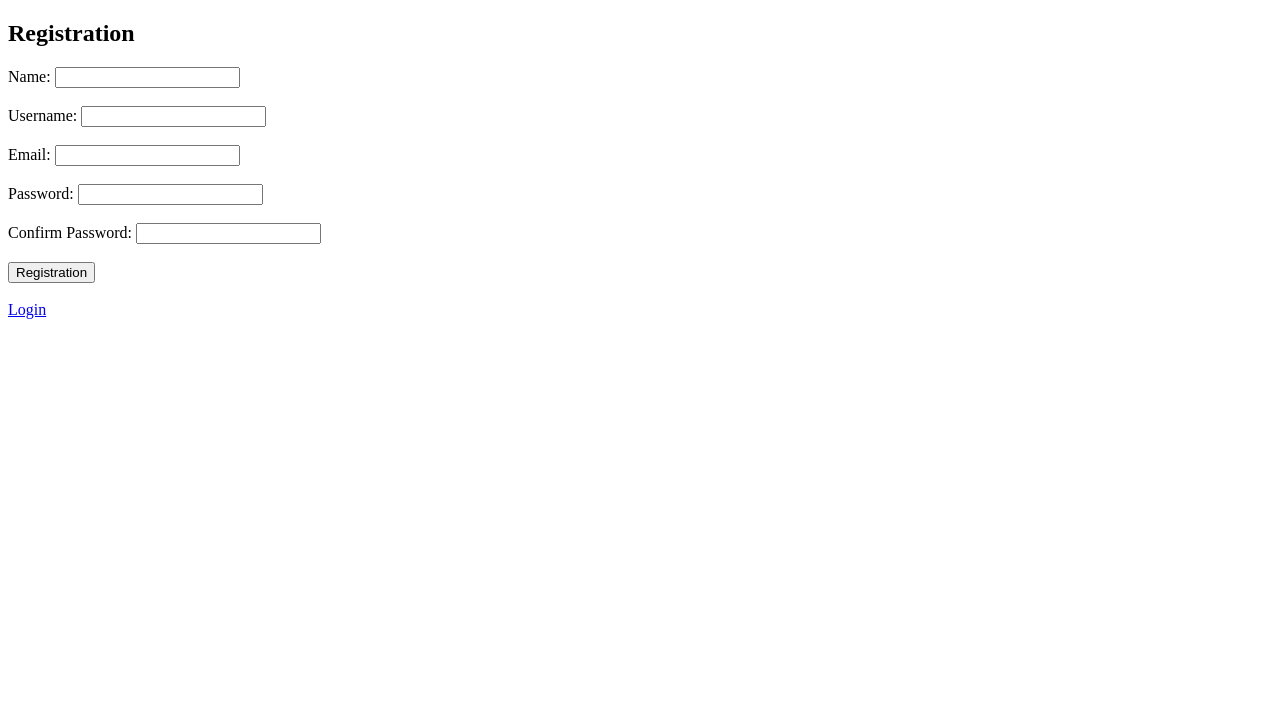
Repository: Acharya-Keerthana/Education
Page: http://localhost/education/reglog/registration.php
These files come from the project's save history. The page is drawn as it stood at one moment and after the next save; the edit follows.
The browser window is 1280 px wide. The pictures show the whole page.
The page is run by PHP 8.4 with error messages shown; the project is at /var/www/html/.

Above is the page before, as saved 2024-04-16 17:40:22.

After the next save:
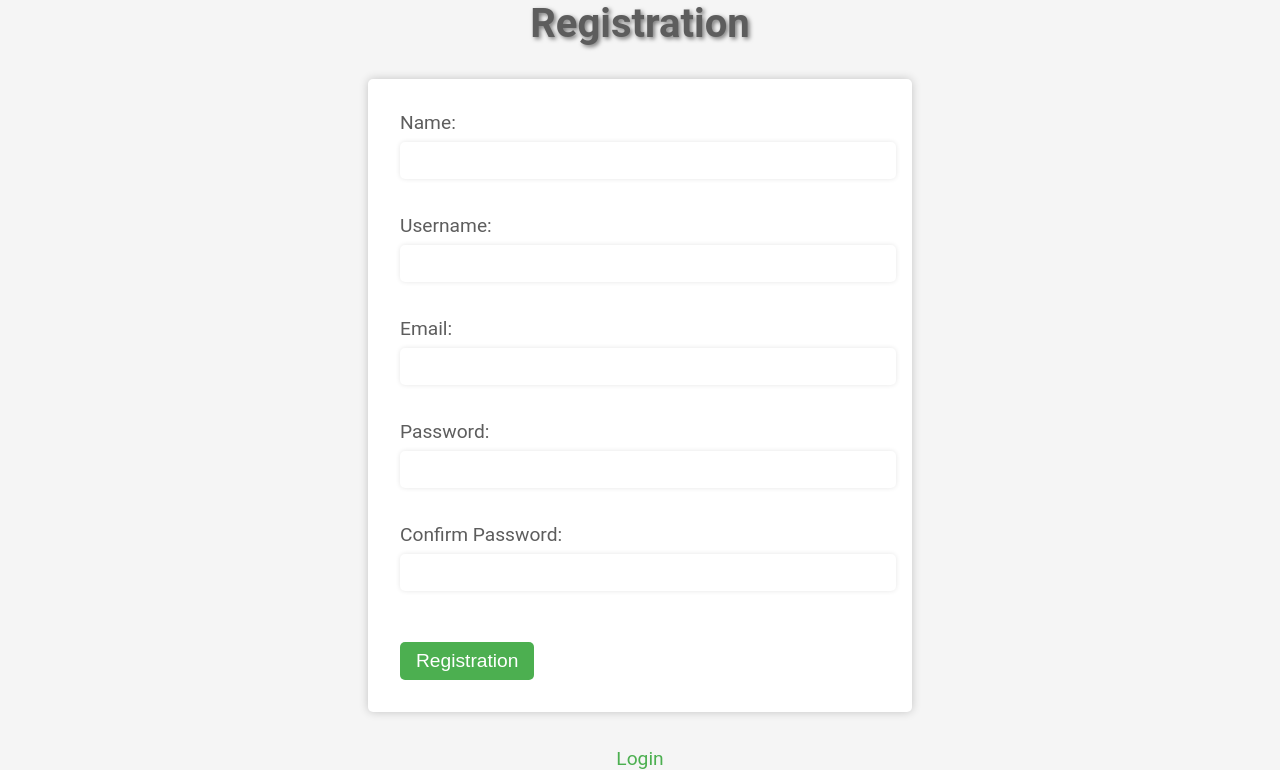
Saved 6 min 32 s later.
--- a/reglog/registration.php
+++ b/reglog/registration.php
@@ -34,6 +34,75 @@ if (isset($_POST["submit"])) {
     <meta charset="UTF-8">
     <meta name="viewport" content="width=device-width, initial-scale=1.0">
     <title>Registration</title>
+    <style>
+        body {
+            font-family: 'Roboto', sans-serif;
+            background-color: #f5f5f5;
+            display: flex;
+            flex-direction: column;
+            align-items: center;
+            justify-content: center;
+            height: 100vh;
+        }
+        h2 {
+            font-size: 2.5rem;
+            color: #5d5d5d;
+            text-shadow: 2px 2px 4px rgba(0, 0, 0, 0.5);
+            margin-bottom: 2rem;
+        }
+        form {
+            background-color: #fff;
+            padding: 2rem;
+            box-shadow: 0px 0px 10px rgba(0, 0, 0, 0.2);
+            border-radius: 5px;
+            width: 30rem;
+        }
+        label {
+            display: block;
+            font-size: 1.2rem;
+            margin-bottom: 0.5rem;
+            color: #5d5d5d;
+        }
+        input[type="text"],
+        input[type="email"],
+        input[type="password"] {
+            width: 100%;
+            padding: 0.5rem;
+            border: none;
+            border-radius: 5px;
+            box-shadow: 0px 0px 5px rgba(0, 0, 0, 0.1);
+            margin-bottom: 1rem;
+            font-size: 1.1rem;
+        }
+        input[type="text"]:focus,
+        input[type="email"]:focus,
+        input[type="password"]:focus {
+            outline: none;
+            box-shadow: 0px 0px 5px rgba(0, 0, 0, 0.2);
+        }
+        button[type="submit"] {
+            background-color: #4CAF50;
+            color: #fff;
+            padding: 0.5rem 1rem;
+            border: none;
+            border-radius: 5px;
+            cursor: pointer;
+            font-size: 1.2rem;
+            margin-top: 1rem;
+        }
+        button[type="submit"]:hover {
+            background-color: #3e8e41;
+        }
+        a {
+            color: #4CAF50;
+            text-decoration: none;
+            margin-top: 1rem;
+            font-size: 1.2rem;
+        }
+        a:hover {
+            text-decoration: underline;
+        }
+    </style>
 </head>
 <body>
     <h2>Registration</h2>
